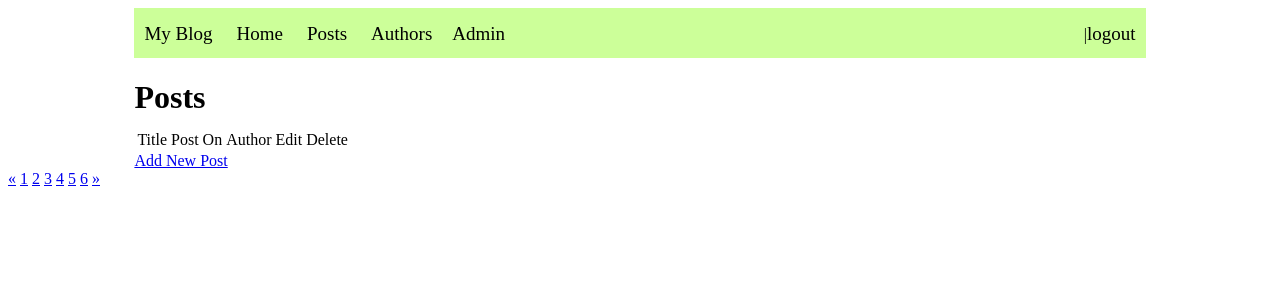
Repository: Software284/servlet-jsp-project
Page: http://localhost/Crud_WIth_Spring_Mvc_and_Hibernate_with_xml/WEB-INF/view/main.jsp
These files come from the project's save history. The page is drawn as it stood at one moment and after the next save; the edit follows.
The browser window is 1280 px wide. The pictures show the whole page.
The page is served by Tomcat 9. Nobody is signed in. The template is opened directly, without the code that normally fills it, so the values that code supplies are empty.

Above is the page before, as saved 2020-06-13 20:11:48.

After the next save:
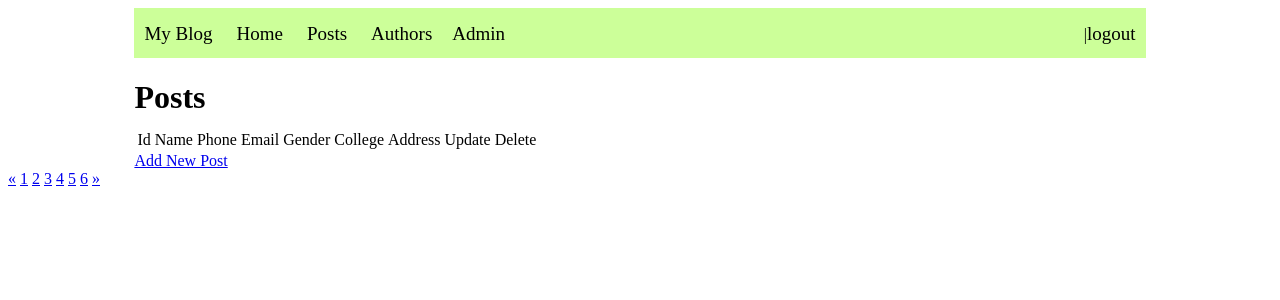
Saved 79 s later.
--- a/Crud WIth Spring Mvc and Hibernate with xml/WebContent/WEB-INF/view/main.jsp
+++ b/Crud WIth Spring Mvc and Hibernate with xml/WebContent/WEB-INF/view/main.jsp
@@ -54,10 +54,14 @@
      <table>
        <thead>
               <tr>
-        	 <td>Title</td>
-             <td>Post On</td>
-             <td>Author</td>
-             <td>Edit</td>
+        	 <td>Id</td>
+             <td>Name</td>
+             <td>Phone</td>
+             <td>Email</td>
+             <td>Gender</td>
+             <td>College</td>
+             <td>Address</td>
+             <td>Update</td>
              <td>Delete</td>
              </tr>
         </thead>
